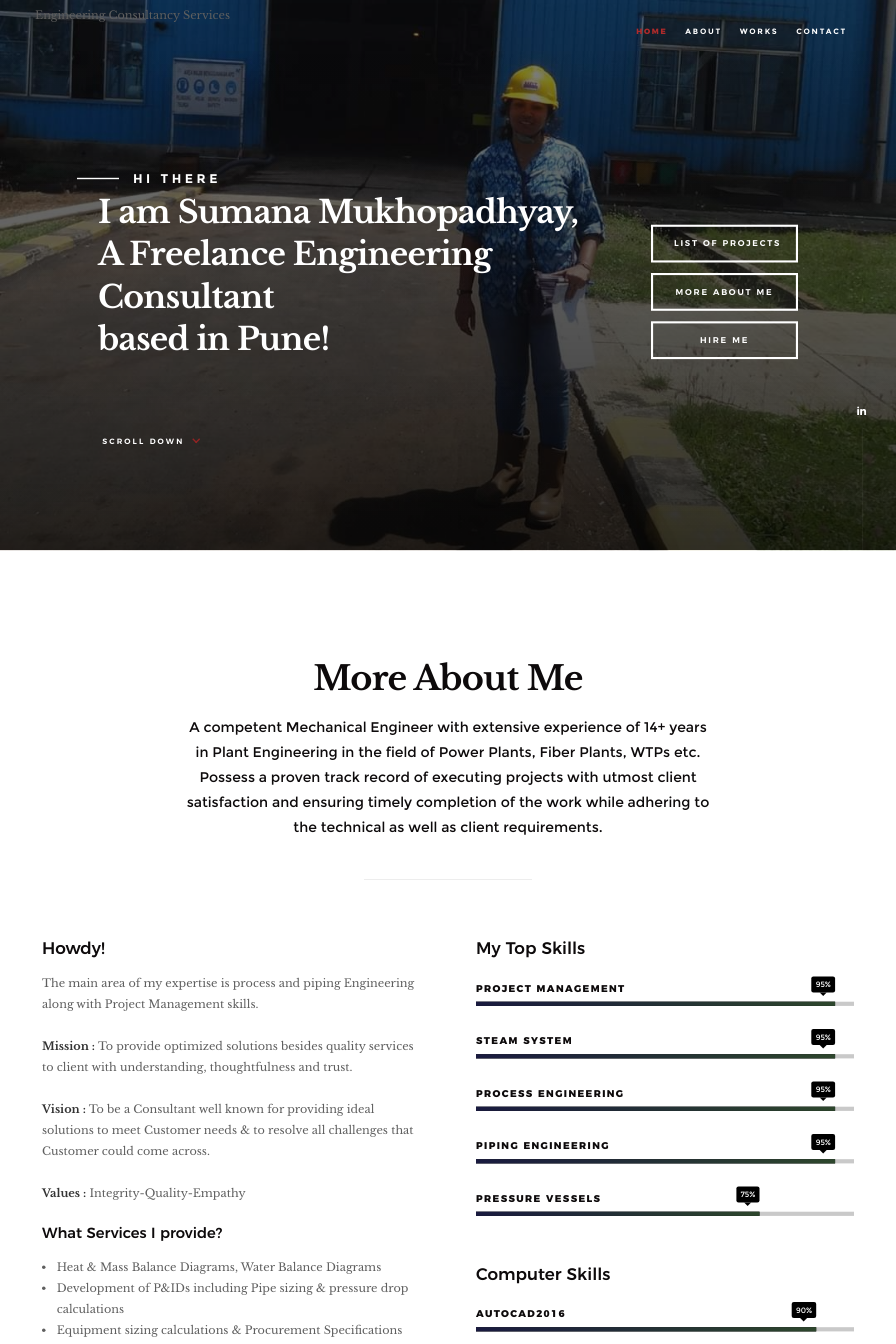
Repository: sumana1001/myprofile
Page: index.html
An editor plug-in stored every save of this project. The page is shown before and after the next save, followed by the edit.
The browser window is 1280 px wide. The pictures show the part of the page from y = 0 to 1920 px (the page is 6766 px tall before and 6868 px after), at 70% of full size.

Above is the page before, as saved 2020-05-07 10:24:21.

After the next save:
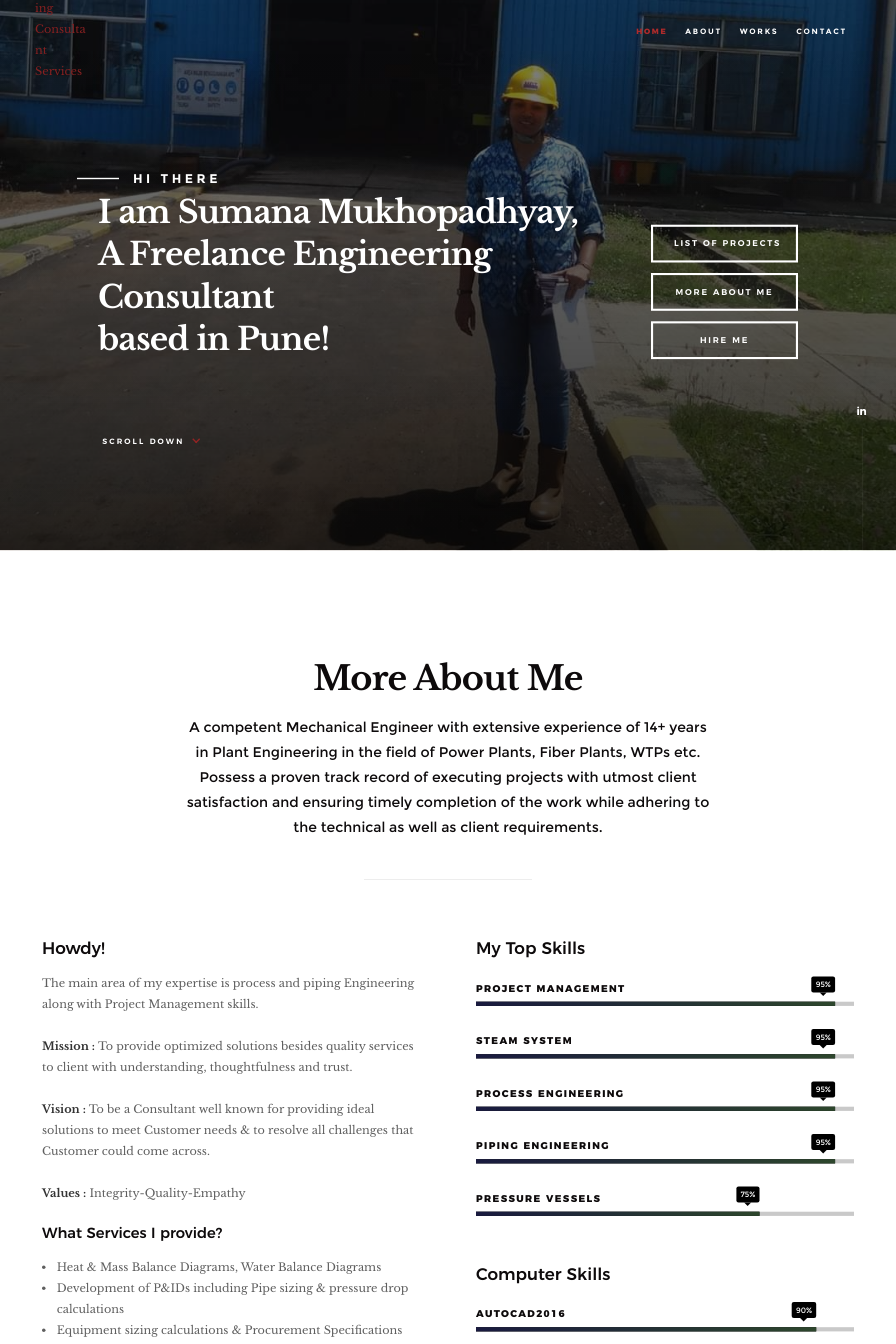
Saved 46 s later.
--- a/index.html
+++ b/index.html
@@ -43,7 +43,7 @@
     <header class="s-header">
 
         <div class="header-logo">
-            <p>Engineering Consultancy Services</p>
+            <a class="site-logo" href="index.html">Engineering Consultant Services</a>
         </div>
 
         <nav class="header-nav-wrap">
@@ -497,6 +497,9 @@
                 <i class="im im-angle-up-circle" aria-hidden="true"></i>
             </a>
             <div class="col-full">
+                <div class="footer-logo">
+                    <a class="footer-site-logo" href="#0"><img src="images/logo.png" alt="Homepage"></a>
+                </div>
                 <ul class="footer-social">
                     <li><a href="https://www.linkedin.com/in/sumana-mukhopadhyay-4999051a5/">
                             <i class="im im-linkedin" aria-hidden="true"></i>
